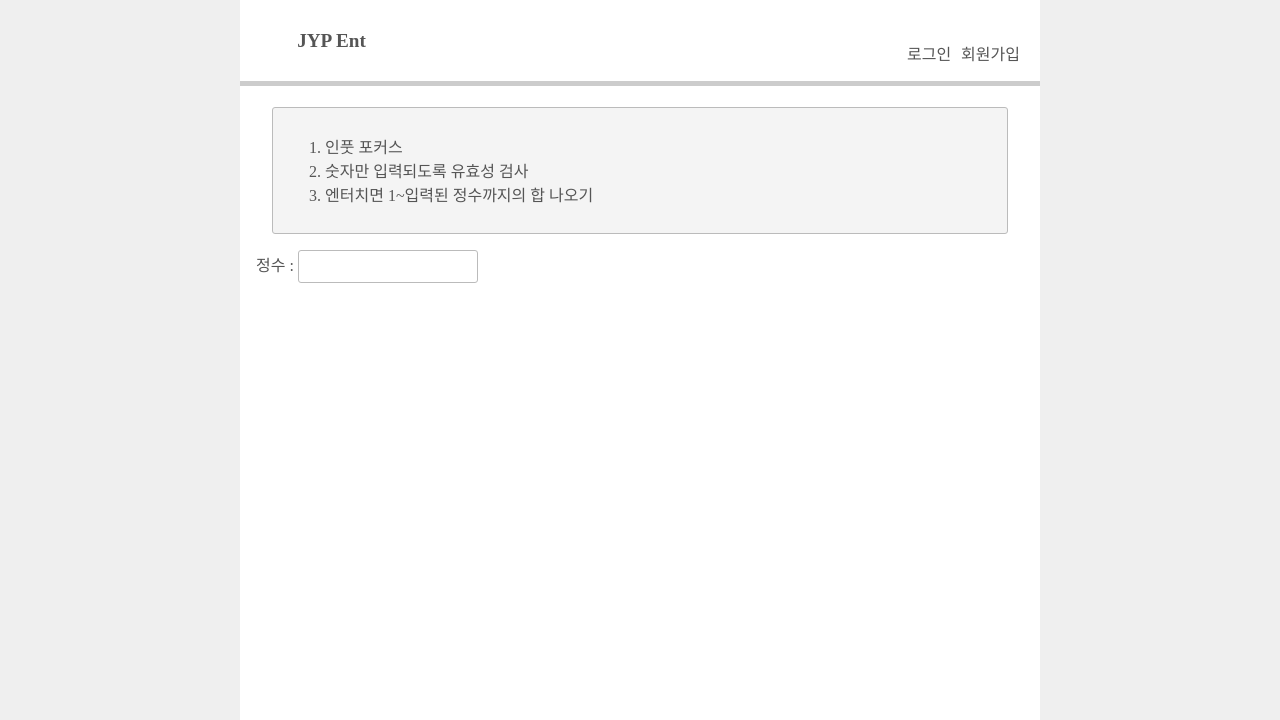
Repository: junyong231/JSP-SSIT
Page: http://localhost/jspPro/days01/ex03_04.jsp
These files come from the project's save history. The page is drawn as it stood at one moment and after the next save; the edit follows.
The browser window is 1280 px wide. The pictures show the whole page.
Some web fonts or font styles are not loaded; a fallback is used. The page is served by Tomcat 9. Nobody is signed in. The application's start-up code is not run. Other server files are loaded and not shown.

Above is the page before, as saved 2024-10-15 06:23:12.

### jspPro/src/main/webapp/days01/ex03_04.jsp
<%@ page contentType="text/html; charset=UTF-8" pageEncoding="UTF-8"%>
<!DOCTYPE html>
<html>
<head>
<meta charset="UTF-8">
<title>Insert title here</title>
<link rel="shortcut icon" type="image/x-icon" href="http://localhost/jspPro/images/SiSt.ico">
<script src="https://ajax.googleapis.com/ajax/libs/jquery/3.7.1/jquery.min.js"></script>
<meta name="viewport" content="width=device-width, initial-scale=1.0">
<meta name="google" content="notranslate">
<link rel="stylesheet" href="http://localhost/jspPro/resources/cdn-main/example.css">
<script src="http://localhost/jspPro/resources/cdn-main/example.js"></script>
<style>
 span.material-symbols-outlined{
    vertical-align: text-bottom;
 }
</style>
</head>
<body>
<header>
  <h1 class="main"><a href="#" style="position: absolute;top:30px;">JYP Ent</a></h1>
  <ul>
    <li><a href="#">로그인</a></li>
    <li><a href="#">회원가입</a></li>
  </ul>
</header>
<div>
  <xmp class="code">
     1. 인풋 포커스
     2. 숫자만 입력되도록 유효성 검사
     3. 엔터치면 1~입력된 정수까지의 합 나오기
  </xmp>
정수 : <input type="text" id="num"><br>
<p id="demo"></p>

</div>

<script type="text/javascript">
	$("")
</script>
</body>
</html>

### jspPro/src/main/webapp/resources/cdn-main/example.css
@charset "UTF-8";

@import url('https://fonts.googleapis.com/css2?family=Material+Symbols+Outlined:opsz,wght,FILL,GRAD@20..48,100..700,0..1,-50..200');

@font-face {
    font-family: 'GmarketSansMedium';
    src: url('https://cdn.jsdelivr.net/gh/projectnoonnu/noonfonts_2001@1.1/GmarketSansMedium.woff') format('woff');
    font-weight: normal;
    font-style: normal;
}

:root {
	--text-color: #555;
	--sub-text-color: #777;
	--back-color: #EFEFEF;
	--header-color: #444;
	--primary-color: #DEDEDE;
	--secondary-color: #EFEFEF;
	--default-width: 800px;
	--narrow-width: 500px;
	--wide-width: 1200px;
	--text-font: 'GmarketSansMedium';
	--icon-font: 'Material Symbols Outlined';
	--border-color: #CCC;
}

html, body {
	margin: 0;
	padding: 0;
}

html {
	background-color: var(--back-color);
	display: flex;
	justify-content: center;
	min-height: 100vh;
}

body, body.default {
	width: var(--default-width);
	background-color: white;
	padding-bottom: 120px;
}

body.wide {
	width: var(--wide-width);
}

body.narrow {
	width: var(--narrow-width);
}



body, p, div, span, a, input, select, option, textarea, button, table, th, td, label, fieldset, legend {
	font-family: var(--text-font);
	color: var(--text-color);
}

h1, h2, h3 {
	font-family: var(--text-font);
	color: var(--header-color);
	padding: 0 1rem;
	padding-top: .5rem;
}

div > h1, div > h2, div > h3 {
	padding: 0;
}

body > div, body > main > div {
	padding: 0.3rem 1rem;
}


h1 { font-size: 2rem; border-bottom: 1px solid var(--border-color); }
h1 small { font-size: 1.2rem; color: var(--sub-text-color); }
h2 { font-size: 1.5rem; border-bottom: 1px dashed var(--border-color); }
h2 small { font-size: 1.1rem; color: --sub-text-color; }
h3 { font-size: 1.2rem; }
h3 small { font-size: 1rem; color: --sub-text-color; }



h1.main::before {
	font-family: var(--icon-font);
  	content: '\e666';
  	margin-right: 10px;
  	float: left;
	font-size: 2.5rem;
}

h1.sub::before {
	font-family: var(--icon-font);
  	content: '\ea19';
  	margin-right: 10px;
  	float: left;
	font-size: 2.5rem;
}


h1.page::before {
	font-family: var(--icon-font);
  	content: '\e0e0';
  	margin-right: 10px;
  	float: left;
	font-size: 2.5rem;
}

body > header > ul > li > .active{
	background-color: #FFF;
	color:#F00;
}

body > header {
	display: flex;
	justify-content: space-between;
	border-bottom: 5px solid var(--border-color);
	min-height: 74px;
	background-color: #FFF;
}

body > header.sticky {
	position: sticky;
	top: 0;
	z-index: 98;
}

body > header > h1 {
	font-size: 1.2rem;
	border: 0;
}

body > header.in > h1::before {
	font-family: var(--icon-font);
  	content: '\e332‥';
  	margin-right: 3px;
  	float: left;
	font-size: 2rem;
}


body > header > ul {
	list-style-type: none;
	display: flex;
	align-items: flex-end;
	margin-right: 10px;
}

body > header > ul > li {
	margin-right: 10px;
	cursor: pointer;
}

body > header > ul > li > a {
	cursor: pointer;
}


form {
	display: block;
}

form > div {
	padding: 0.3rem 1rem;
}

div > form > div {
	padding: 0.3rem 0;
}

input, textarea, button, select {
	border: 1px solid #BBB;
	border-radius: 3px;
	outline: none;
	resize: none;
	padding: 7px;
	margin: 0;
}

input[type=text]:read-only, textarea:read-only {
	cursor: not-allowed;
	background-color: #FFF;
}

input[type=text]:disabled, textarea:disabled {
	cursor: not-allowed;
	background-color: #EEE;
}

input[type=text], input[type=password], textarea, button, select {
	/* width: 300px; */
}

textarea {
	display: block;
	height: 100px;
}

input[type=button], input[type=submit], button {
	/* width: inherit; */
}

input.short, textarea.short, button.short, select.short {
	width: 100px;
}

input.long, textarea.long, button.long, select.long {
	width: 350px;
}

.narrow input.long, .narrow textarea.long, .narrow button.long, .narrow select.long {
	width: calc(100% - 20px);
}

input.full, textarea.full, button.full, select.full {
	width: calc(100% - 20px);
}

textarea.short {
	height: 50px;
}

textarea.long {
	height: 100px;
}

textarea.full {
	height: 200px;
}

input, textarea {
	padding-top: 8px;
}

input[type=button], input[type=submit], button {
	padding: 5px 10px;
	background-color: var(--secondary-color);
	cursor: pointer;
	min-height: 36px;
}

input[type=button].primary, input[type=submit].primary, button.primary {
	/* background-color: rgba(100, 149, 237, .2); */
	background-color: var(--primary-color);
}

input[type=button].primary:hover, input[type=submit].primary:hover, button.primary:hover {
	/* background-color: rgba(100, 149, 237, .3); */
	background-color: var(--secondary-color);
}

input[type=button]:hover, input[type=submit]:hover, button:hover {
	background-color: var(--primary-color);
}

button {
	position: relative;
	left: 0;
	top: 0;
	padding-left: 35px;
}

button .material-symbols-outlined {
	position: absolute;
	left: 10px;
	top: 4px;
}

/* k2nik add */
button.login::before {
	font-family: var(--icon-font);
  	content: '\ea77';
	position: absolute;
	left: 11px;
	top: 4px;
	font-size: 1.25rem;
}

/* k2nik logout */
button.logout::before {
	font-family: var(--icon-font);
  	content: '\e9ba';
	position: absolute;
	left: 11px;
	top: 4px;
	font-size: 1.25rem;
}

/* k2nik help */
button.help::before {
	font-family: var(--icon-font);
  	content: '\f1c0';
	position: absolute;
	left: 11px;
	top: 4px;
	font-size: 1.25rem;
}

button.add::before{
	font-family: var(--icon-font);
  	content: '\e746';
	position: absolute;
	left: 11px;
	top: 4px;
	font-size: 1.25rem;
}

button.back::before {
	font-family: var(--icon-font);
  	content: '\e166';
	position: absolute;
	left: 11px;
	top: 4px;
	font-size: 1.25rem;
}

button.list::before {
	font-family: var(--icon-font);
  	content: '\e0ee';
	position: absolute;
	left: 11px;
	top: 4px;
	font-size: 1.25rem;
}


button.del::before {
	font-family: var(--icon-font);
  	content: '\e872';
	position: absolute;
	left: 11px;
	top: 4px;
	font-size: 1.25rem;
}


button.edit::before {
	font-family: var(--icon-font);
  	content: '\e745';
	position: absolute;
	left: 11px;
	top: 4px;
	font-size: 1.25rem;
}


button.login::before {
	font-family: var(--icon-font);
  	content: '\ea77';
	position: absolute;
	left: 11px;
	top: 4px;
	font-size: 1.25rem;
}


button.logout::before {
	font-family: var(--icon-font);
  	content: '\e9ba';
	position: absolute;
	left: 11px;
	top: 4px;
	font-size: 1.25rem;
}


button.in::before {
	font-family: var(--icon-font);
  	content: '\f71a';
	position: absolute;
	left: 11px;
	top: 4px;
	font-size: 1.25rem;
}


button.out::before {
	font-family: var(--icon-font);
  	content: '\f70e';
	position: absolute;
	left: 11px;
	top: 4px;
	font-size: 1.25rem;
}


button.reply::before {
	font-family: var(--icon-font);
  	content: '\e15e';
	position: absolute;
	left: 11px;
	top: 4px;
	font-size: 1.25rem;
}


button.comment::before {
	font-family: var(--icon-font);
  	content: '\e0b9';
	position: absolute;
	left: 11px;
	top: 4px;
	font-size: 1.25rem;
}


button.modal::before {
	font-family: var(--icon-font);
  	content: '\e89e';
	position: absolute;
	left: 11px;
	top: 4px;
	font-size: 1.25rem;
}


button.ok::before {
	font-family: var(--icon-font);
  	content: '\e86c';
	position: absolute;
	left: 11px;
	top: 4px;
	font-size: 1.25rem;
}


button.cancel::before {
	font-family: var(--icon-font);
  	content: '\e5c9';
	position: absolute;
	left: 11px;
	top: 4px;
	font-size: 1.25rem;
}

button.search::before {
	font-family: var(--icon-font);
  	content: '\e8b6';
	position: absolute;
	left: 11px;
	top: 4px;
	font-size: 1.25rem;
}

button.home::before {
	font-family: var(--icon-font);
  	content: '\e88a';
	position: absolute;
	left: 11px;
	top: 4px;
	font-size: 1.25rem;
}


button.sidebar::before {
	font-family: var(--icon-font);
  	content: '\f7e4';
	position: absolute;
	left: 11px;
	top: 4px;
	font-size: 1.25rem;
}


button.sidebar-right::before {
	font-family: var(--icon-font);
  	content: '\f7e5';
	position: absolute;
	left: 11px;
	top: 4px;
	font-size: 1.25rem;
}




button::before {
	font-family: var(--icon-font);
  	content: '\e323';
	position: absolute;
	left: 11px;
	top: 4px;
	font-size: 1.25rem;
}


table {
	border-collapse: collapse;
	margin: 1rem;
	box-sizing: border-box;
	width: calc(100% - 32px);
}

table.content {
	width: auto;
}

div > table {
	margin: 0;
}

table th, table td {
	border: 1px solid var(--border-color);
	padding: 7px;
	font-weight: normal;
}

table th {
	background-color: var(--back-color);
}

table.vertical th {
	width: 150px;
}

table.vertical td {
	width: calc(100% - 182px);
	padding-left: 10px;
}

table.content td, table.content th {
	width: auto;
}

body.narrow table.vertical th {
	width: 100px;
}

body.narrow table.vertical td {
	width: calc(100% - 182px);
}


table + table {
	margin-top: 30px;
}


p {
	padding: 0 1rem;
}

a {
	text-decoration: none;
}

a:hover {
	color: rgba(255, 99, 71, .7);
}

hr {
	border: 0;
	border-top: 1px solid var(--border-color);
	margin: 2rem 0;
}

.message {
	border: 1px solid var(--border-color);
	background-color: #EFEFEF;
	margin: 1rem;
	width: auto;
	padding-top: 10px;
	padding-bottom: 10px;
	font-size: 14px;
}

.message[title]::before {
	content: attr(title);
	display: block;
	border-bottom: 1px solid var(--border-color);
	padding-bottom: 5px;
	margin-bottom: 10px;
	margin-top: 7px;
}

.message.short {
	max-width: 250px;
}

.message.long {
	max-width: 500px;
}

.badge {
	float: right;
	font-size: .8rem;
	margin-top: 2px;
	margin-right: 2px;
	text-shadow: 0 0 7px gray;
}

.badge.left {
	float: none;
	margin-left: 2px;
}

.badge.right {
	float: right;
}

.badge.red {
	border-radius: 50%;
	padding: 2px 5px;
	background-color: rgb(255, 99, 71, .3);
}

.badge.yellow {

	border-radius: 50%;
	padding: 2px 5px;
	background-color: rgb(255, 215, 0, .5);
}

.badge.blue {
	border-radius: 50%;
	padding: 2px 5px;
	background-color: rgb(100, 149, 237, .3);
}

label + label {
	margin-left: 7px;
}

label input[type=checkbox], label input[type=radio] {
	transform: translate(0, 1px);
}

.group {
	display: flex;
}

.modal-content .group {
	margin-bottom: .5rem;
}

.group label {
	border: 1px solid #BBB;
	border-radius: 3px;
	outline: none;
	resize: none;
	padding: 7px 14px;
	margin: 0;
	border-top-right-radius: 0;
	border-bottom-right-radius: 0;
	background-color: #EFEFEF;
	white-space: nowrap;
	font-size: 14px;
}

.group input[type=text] {
	margin-left: -1px;
	border-top-left-radius: 0;
	border-bottom-left-radius: 0;
}

.group select {
	margin-left: -1px;
	border-top-left-radius: 0;
	border-bottom-left-radius: 0;
}

.group input.full[type=text] {
	margin-left: -1px;
	border-top-left-radius: 0;
	border-bottom-left-radius: 0;
	width: 100%;
}

.group input[type=button]:first-child, .group button:first-child {
	border-top-left-radius: 3px;
	border-bottom-left-radius: 3px;
	margin-left: 0px;
}

.group input[type=button], .group button {
	border-radius: 0;
	margin-left: -1px;
}

.group input[type=button]:last-child, .group button:last-child {
	margin-left: -1px;
	border-top-right-radius: 3px;
	border-bottom-right-radius: 3px;
}

.seperate {
	display: flex;
	justify-content: space-between;
}

div.list {
	width: max-content;
	margin: 1rem;
	border: 1px solid #BBB;
	border-radius: 3px;
	padding: 0;
}

div.list.full {
	width: auto;
	display: block;
	margin: 1rem;
	border: 1px solid #BBB;
	border-radius: 3px;
	padding: 0;
}

div.list > div {
	padding: .5rem 1rem;
	margin: 0;
	border-bottom: 1px solid #BBB;
}

div.list > div:last-child {
	border-bottom: 0;
}

pre.code , xmp.code{
	font-family: consols;
	background-color: rgba(150, 150, 150, .1);
	border: 1px solid #BBB;
	border-radius: 3px;
	padding: .5rem 1rem;
	padding-bottom: .6rem;
	margin: 1rem;
}




*[data-modal-window] {
	position: fixed;
	background-color: rgba(0, 0, 0, .3);
	left: 0;
	top: 0;
	display: none;
	justify-content: center;
	align-items: flex-start;
	width: 100%;
	min-height: 100vh;
	z-index: 100;
	opacity: 0;
	transition: 500ms all;
}

*[data-modal-window] .modal-container {
	border-radius: 5px;
	padding: 1rem;
	padding-bottom: .5rem;
	margin-top: -500px;
	opacity: 0;
	width: 500px;
	background-color: #FFF;
	margin-right: 2rem;
	transition: 500ms all;
}

*[data-modal-size=content] .modal-container {
	width: auto;
}

*[data-modal-size=narrow] .modal-container {
	width: 300px;
}

*[data-modal-size=wide] .modal-container {
	width: 760px;
}


*[data-modal-window] .modal-header {
	border-bottom: 1px solid var(--border-color);
	padding: 2px 5px;
}

*[data-modal-window] .modal-content {
	padding: 1rem 5px;
}

*[data-modal-window] .modal-content div:last-child {
	margin-top: 1rem;
	text-align: right;
}



*[data-sidebar-window] {
	position: fixed;
	background-color: #FFF;
	left: 0;
	top: 0;
	display: block;
	width: 300px;
	border-right: 1px solid var(--border-color);
	box-sizing: border-box;
	box-shadow: 0 0 3px var(--back-color);
	min-height: 100vh;
	z-index: 99;
	transform: translate(-300px, 0);
	transition-duration: 500ms;
	transition-property: transform;
}

*[data-sidebar-direction=right] {
	left: auto;
	right: 0;
	transform: translate(300px, 0);
	border-left: 1px solid var(--border-color);
}

*[data-sidebar-size=wide] {
	width: 500px;
	transform: translate(-500px, 0);
}

*[data-sidebar-window] .sidebar-title {
	border-bottom: 1px solid var(--border-color);
	margin-top: 20px;
	margin-bottom: 20px;
	padding-bottom: 5px;
	display: flex;
	justify-content: space-between;
}

*[data-sidebar-window] .sidebar-title span:last-child {
	cursor: pointer;
}


/* K2Nik pagination */
.center {
  text-align: center;
}

.pagination {
  display: inline-block;
}

.pagination a {
  color: black;
  float: left;
  padding: 3px 6px;
  text-decoration: none;
  transition: background-color .3s;
  border: 1px solid #ddd;
  margin: 0 3px;
}

.pagination a.active {
  background-color: #4CAF50;
  color: white;
  border: 1px solid #4CAF50;
}

.pagination a:hover:not(.active) {background-color: #ddd;}

### jspPro/src/main/webapp/resources/cdn-main/example.js

window.onload = () => {

    const list = document.querySelectorAll('input, textarea');

    list.forEach(item => {
        item.setAttribute('autocomplete', 'off');
    });


    const modal_btn_list = document.querySelectorAll('*[data-modal-button]');

    modal_btn_list.forEach(item => {
        item.onclick = function() {

            const name = this.dataset['modalButton'];
            const modal_window = document.querySelector('*[data-modal-window=' + name);

            const container = document.createElement('div');
            container.className = 'modal-container';



            const modal_header = document.createElement('div');
            modal_header.textContent = modal_window.dataset['modalTitle'];
            modal_header.className = 'modal-header';
            container.appendChild(modal_header);

            const modal_content = document.createElement('div');
            modal_content.className = 'modal-content';
            container.appendChild(modal_content);

            Array.from(modal_window.childNodes).forEach(item => {
                modal_content.appendChild(item);
            });

            modal_window.appendChild(container);

            modal_window.style.display = 'flex';

            setTimeout(() => {
                modal_window.style.opacity = 1;
                container.style.marginTop = '20px';
                container.style.opacity = 1;
            }, 50);


            const modal_ok = document.querySelector('*[data-modal-ok=' + name);
            modal_ok.addEventListener('click', function() {
                modal_window.style.opacity = 0;
                container.style.marginTop = '-500px';
                container.style.opacity = 0;

                setTimeout(() => {
                    modal_window.innerHTML = modal_content.innerHTML;
                    modal_window.style.display = 'none';
                }, 500);

            });

            const modal_cancel = document.querySelector('*[data-modal-cancel=' + name);
            modal_cancel.addEventListener('click', function() {

                modal_window.style.opacity = 0;
                container.style.marginTop = '-500px';
                container.style.opacity = 0;

                setTimeout(() => {
                    modal_window.innerHTML = modal_content.innerHTML;
                    modal_window.style.display = 'none';
                }, 500);
            });


        };
    });


    const sidebar_btn_list = document.querySelectorAll('*[data-sidebar-button]');

    sidebar_btn_list.forEach(item => {
        item.onclick = function() {



            const name = this.dataset['sidebarButton'];
            const sidebar_window = document.querySelector('*[data-sidebar-window=' + name);

            if (sidebar_window.style.transform == 'translate(0px, 0px)') return;



            sidebar_window.style.transform = 'translate(0, 0)';

            const sidebar_title = document.createElement('div');
            sidebar_title.className = 'sidebar-title';
            sidebar_title.innerHTML = '<span>' + sidebar_window.dataset['sidebarTitle'] + '</span><span class="material-symbols-outlined">close</span>';

            sidebar_title.children[1].onclick = function() {

                let sign = 1;
                let distance = 300;

                if (sidebar_window.dataset['sidebarDirection'] != 'right') {
                    sign = -1;
                } else {
                    sign = 1;
                }

                if (sidebar_window.dataset['sidebarSize'] != 'wide') {
                    distance = 300;
                } else {
                    distance = 500;
                }

                distance *= sign;

                sidebar_window.style.transform = 'translate(' + distance + 'px, 0)';

                setTimeout(function() {
                    sidebar_window.removeChild(sidebar_window.children[0]);
                }, 500);
            };


            sidebar_window.prepend(sidebar_title);

        }
    });

};

// window.onkeydown = function(event) {

//     if (event.keyCode == 27) {
//         if (document.querySelector('[data-modal-window').style.display == 'flex') {
//             document.querySelector('[data-modal-window').style.display = 'none';
//         }
//     }

// };

After the next save:
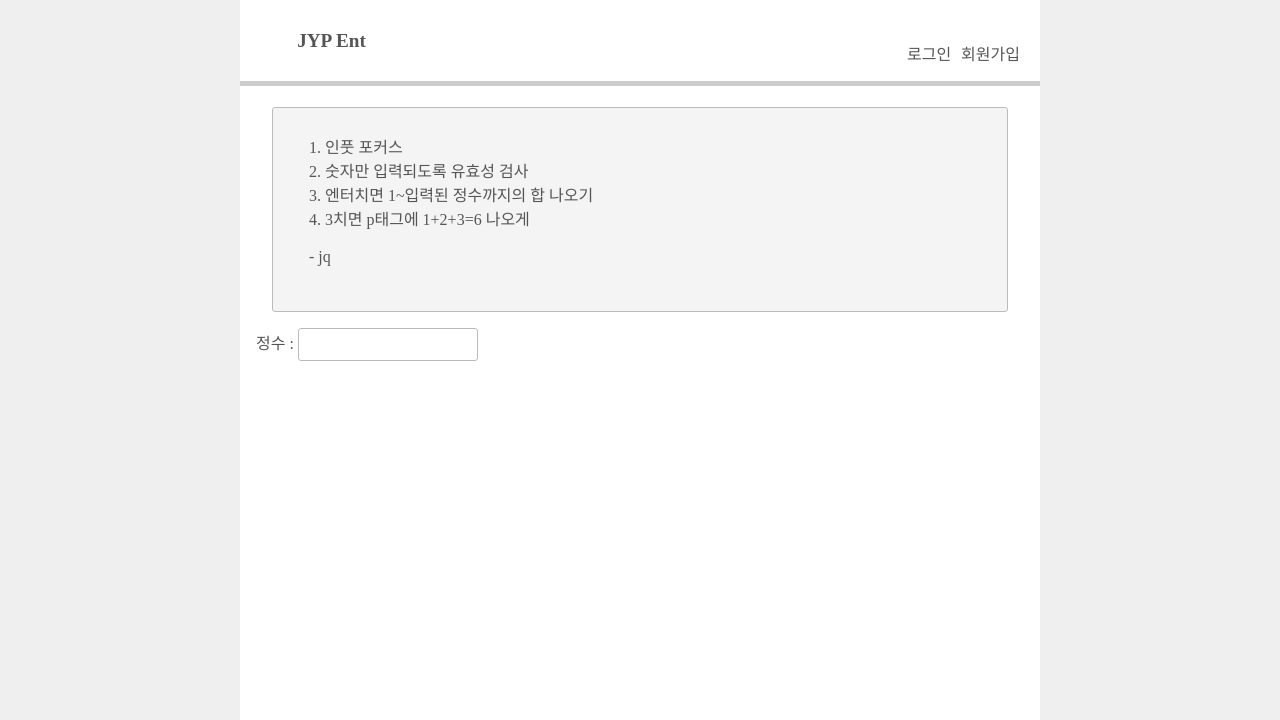
Saved 21 s later.
--- a/jspPro/src/main/webapp/days01/ex03_04.jsp
+++ b/jspPro/src/main/webapp/days01/ex03_04.jsp
@@ -29,6 +29,10 @@
      1. 인풋 포커스
      2. 숫자만 입력되도록 유효성 검사
      3. 엔터치면 1~입력된 정수까지의 합 나오기
+     4. 3치면 p태그에 1+2+3=6 나오게
+
+     - jq
+
   </xmp>
 정수 : <input type="text" id="num"><br>
 <p id="demo"></p>
